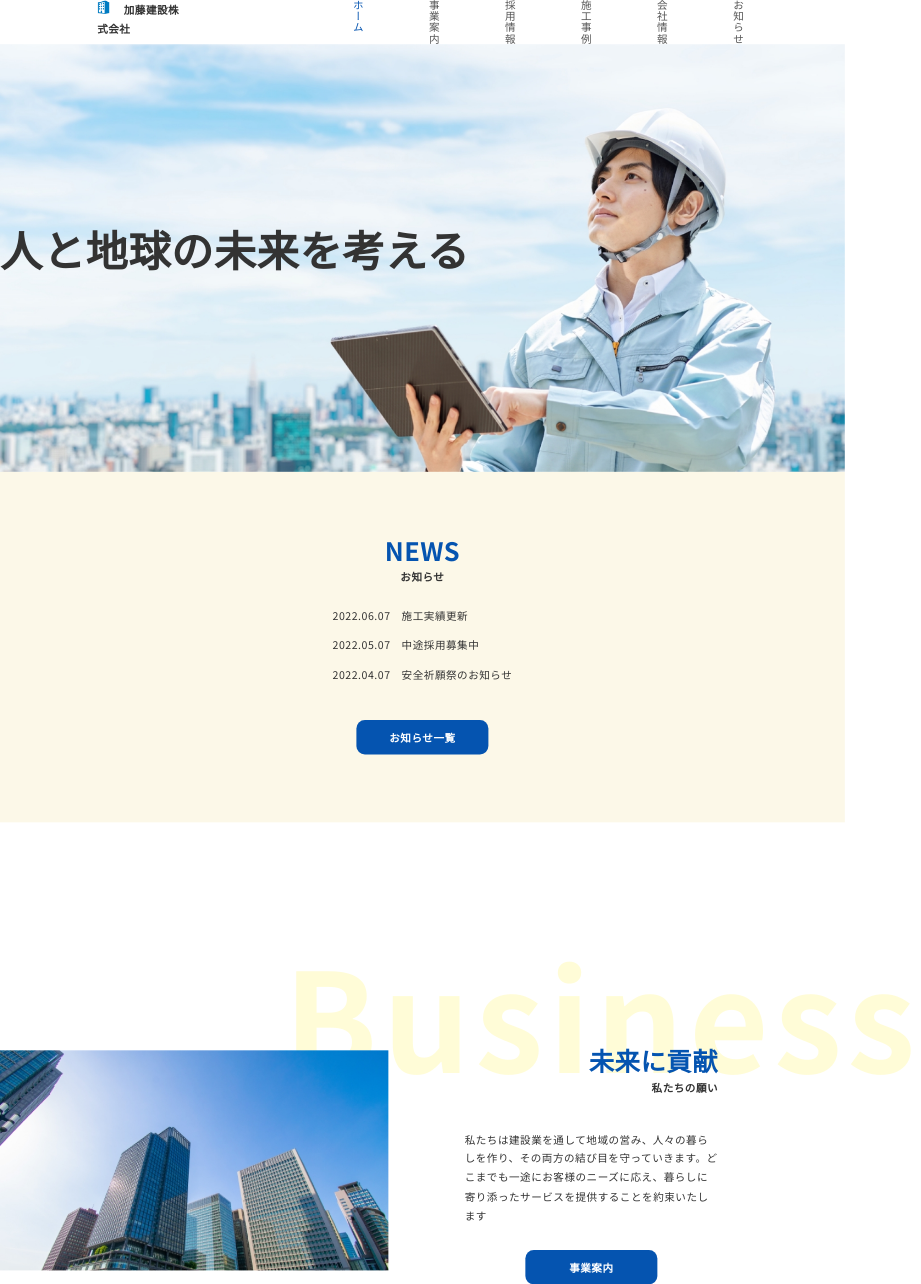
Repository: nozomi-23/hp1_test
Page: index.html
The author's editor kept a copy of each file at every save. The page is drawn from the files as they stood at one save, then again after a run of saves.
The browser window is 1280 px wide. The page is 1395 px wide, so the pictures cover 1395 px, including what lies to the right of the window. The pictures show the whole page, at 66% of full size.

Above is the page before, as saved 2022-06-12 15:04:02.

### index.html
<!DOCTYPE html>
<html lang="ja">
<head>
<meta charset="UTF-8">
<title>加藤建設 株式会社</title>
<meta name="description" content="人と地球の未来を考える 加藤建設 株式会社">
<meta name="keywords" content="建築,土木,インフラ">
<meta name="viewport" content="width=device-width, initial-scale=1.0">
<meta property="og:title" content="建築依頼なら「加藤建設 株式会社」">
<meta property="og:type" content="article">
<meta property="og:url" content="https://withcode-plus.tech">
<meta property="og:image" content="img/logo.png">
<meta property="og:description" content="確かな技術力が自慢、インフラから地域貢献まで加藤建設にお任せ下さい">
<meta property="og:site_name" content="加藤建設 株式会社">
<link rel="icon" href="img/favicon.ico">
<link rel="apple-touch-icon" sizes="180x180" href="img/logo.png">
<link rel="preconnect" href="https://fonts.googleapis.com">
<link rel="preconnect" href="https://fonts.gstatic.com" crossorigin>
<link href="https://fonts.googleapis.com/css2?family=Noto+Sans+JP:wght@400;500;700&family=Noto+Serif+JP&display=swap"
  rel="stylesheet">
<link rel="stylesheet" type="text/css" href="css/reset.css">
<link rel="stylesheet" type="text/css" href="css/common1.css">
<link rel="stylesheet" type="text/css" href="css/index.css">
</head>
<body>
  <!-- =========header -->
  <header>
    <div class="header_wrapper">
      <div class="header_inner">
        <h1 class="header_left">加藤建設株式会社</h1>
        <nav class="header_right" >
          <ul class="header_list">
            <li><a href="#" class="color">ホーム</a></li>
            <li><a href="html/business.html">事業案内</a></li>
            <li><a href="html/recruit.html">採用情報</a></li>
            <li><a href="html/work.html">施工事例</a></li>
            <li><a href="html/company.html">会社情報</a></li>
            <li><a href="html/news.html">お知らせ</a></li>
          </ul>
        </nav>
      </div>
    </div>
  </header>
  <!-- =========main_view -->
  <main>
    <section class="main_wrapper">
      <div class="main_txt">
        <h3>人と地球の未来を考える</h3>
      </div>
    </section>
    <!-- =========news -->
    <section class="news section section_color">
      <div class="news_wrapper">
        <h2 class="title">NEWS<br>
          <small>お知らせ</small></h2>
        <ul class="news_list">
          <li>2022.06.07&emsp;施工実績更新</li>
          <li>2022.05.07&emsp;中途採用募集中</li>
          <li>2022.04.07&emsp;安全祈願祭のお知らせ</li>
        </ul>
        <div class="btn">
          <a href="html/news.html">お知らせ一覧</a>
        </div>
      </div>
    </section>
    <!-- =========business -->
    <section class="business section">
      <div class="business_wrapper">
        <div class="business_all">
          <div class="business_bg_wrapper">
            <div class="business_bg">
              <div class="business_bg_item">
                <p>Business</p>
              </div>
            </div>
          </div>
          <div class="business_block_wrapper">
            <div class="business_block_1">
              <img src="img/bussines_top.png" alt="事業案内画像">
            </div>
            <div class="business_block_2">
              <h2 class="title">未来に貢献<br>
                <small>私たちの願い</small>
              </h2>
              <p>私たちは建設業を通して地域の営み、人々の暮らしを作り、その両方の結び目を守っていきます。どこまでも一途にお客様のニーズに応え、暮らしに寄り添ったサービスを提供することを約束いたします</p>
              <div class="btn">
                <a href="html/business.html">事業案内</a>
              </div>
            </div>
          </div>
        </div>

      </div>
    </section>
  </main>
</body>
</html>

### css/reset.css
@charset "UTF-8";

html,
body,
div,
span,
object,
iframe,
h1,
h2,
h3,
h4,
h5,
h6,
p,
blockquote,
pre,
abbr,
address,
cite,
code,
del,
dfn,
em,
img,
ins,
kbd,
q,
samp,
small,
strong,
sub,
sup,
var,
b,
i,
dl,
dt,
dd,
ol,
ul,
li,
fieldset,
form,
label,
legend,
table,
caption,
tbody,
tfoot,
thead,
tr,
th,
td,
article,
aside,
canvas,
details,
figcaption,
figure,
footer,
header,
hgroup,
menu,
nav,
section,
summary,
time,
mark,
audio,
video {
  margin: 0;
  padding: 0;
  border: 0;
  outline: 0;
  font-size: 100%;
  vertical-align: baseline;
  background: transparent;
}

body {
  line-height: 1;
}

article,
aside,
details,
figcaption,
figure,
footer,
header,
hgroup,
menu,
nav,
section {
  display: block;
}

nav ul {
  list-style: none;
}

blockquote,
q {
  quotes: none;
}

blockquote:before,
blockquote:after,
q:before,
q:after {
  content: '';
  content: none;
}

a {
  margin: 0;
  padding: 0;
  font-size: 100%;
  vertical-align: baseline;
  background: transparent;
}

/* change colours to suit your needs */
ins {
  background-color: #ff9;
  color: #000;
  text-decoration: none;
}

/* change colours to suit your needs */
mark {
  background-color: #ff9;
  color: #000;
  font-style: italic;
  font-weight: bold;
}

del {
  text-decoration: line-through;
}

abbr[title],
dfn[title] {
  border-bottom: 1px dotted;
  cursor: help;
}

table {
  border-collapse: collapse;
  border-spacing: 0;
}

/* change border colour to suit your needs */
hr {
  display: block;
  height: 1px;
  border: 0;
  border-top: 1px solid #cccccc;
  margin: 1em 0;
  padding: 0;
}

input,
select {
  vertical-align: middle;
}

### css/common1.css
@charset "UTF-8";

body {
  color: #333;
  letter-spacing: 0.05em;
  line-height: 1.8;
  font-family: 'Noto Sans JP', sans-serif ,'Noto Serif JP', serif;
  word-break: break-all;
}
li {
  list-style: none;
}

a {
  text-decoration: none;
}
.section {
  padding: 8% 0;
  position: relative;
}


/* タイトル */
.title {
  color: #0554B0;
  font-weight: bold;
  font-size: 2.4rem;
  line-height: 0.8;
}
.title small {
  font-size: 1rem;
  color: #333;
}
/* ボタン */
.btn {
  background-color: #0554B0;
  width: 200px;
  margin: 0 auto;
  line-height: 2;
  border-radius: 0.8rem;
}
.btn a {
  display: block;
  color: #fff;
  font-weight: bold;
  padding: 5%;
  text-align: center;
}
.btn:hover {
  opacity: 0.5;
}

### css/index.css
@charset "UTF-8";

/* =================
header
===================*/
.header_wrapper {
  display: flex;
  justify-content: center;
}
.header_inner {
  width: 77%;
  display: flex;
  justify-content: space-between;

}
.header_list {
  display: table;
}
.header_list li {
  display: table-cell;
  writing-mode: vertical-rl;
}
.header_list li a {
  color: #555;
}
.header_list li a:hover {
  opacity: 0.5;
}
.header_list li a.color {
  color: #0554B0;
}

.header_left::before {
  content: "";
  background: url(../img/name_icon.png) no-repeat ;
  background-size: contain;
  width: 30%;
  height: 30%;
  z-index: 1;
  display: inline-block;
}

/* =================
main_view
===================*/
.main_wrapper {
  background: url(../img/top_img.png)no-repeat center;
  background-size: cover;
  width: 100%;
  height: 90vh;
}
.main_txt {
  font-size: 4rem;
  font-weight: normal;
  font-family: 'Noto Serif JP';
  position: relative;
  top: 40%;
}
/* =================
news
===================*/
.section_color {
  background-color: #FCF8E8;
}
.news {
  text-align: center;
  display: block;
}

.news_list {
  padding: 3%;
  text-align: left;
  display: inline-block;

}
.news_list li {
  margin-bottom: 1rem;
}
/* =================
business
===================*/
.business_all {
  position: relative;
}
.business_block_wrapper {
  width: 100%;
  height: auto;
  display: flex;
  justify-content: space-between;
  position: absolute;
  top: 65%;
}


.business_block_1 {
  width: 46%;
}
.business_block_1 img{
  width: 100%;
  height: auto;
}
.business_block_2 {
  width: 30%;
  margin-right: 15%;;
}
.business_block_2 h2 {
  text-align: right;
}
.business_block_2 p {
  padding: 15% 0 10% 0;
}
.business_bg {
  width: 80%;
}
.business_bg_wrapper {
  width: 83%;
  margin-left: auto;
}
.business_bg_item {
  width: 100%;
  /* background-color: aqua; */
}
.business_bg {
  margin-left: auto;
}
.business_bg_item p {
  color: rgba(255, 245, 109, 0.27);
  font-size: 13rem;
  font-weight: 700;
  white-space: nowrap;
  letter-spacing: 0.5rem;
  }

After the next 2 saves:
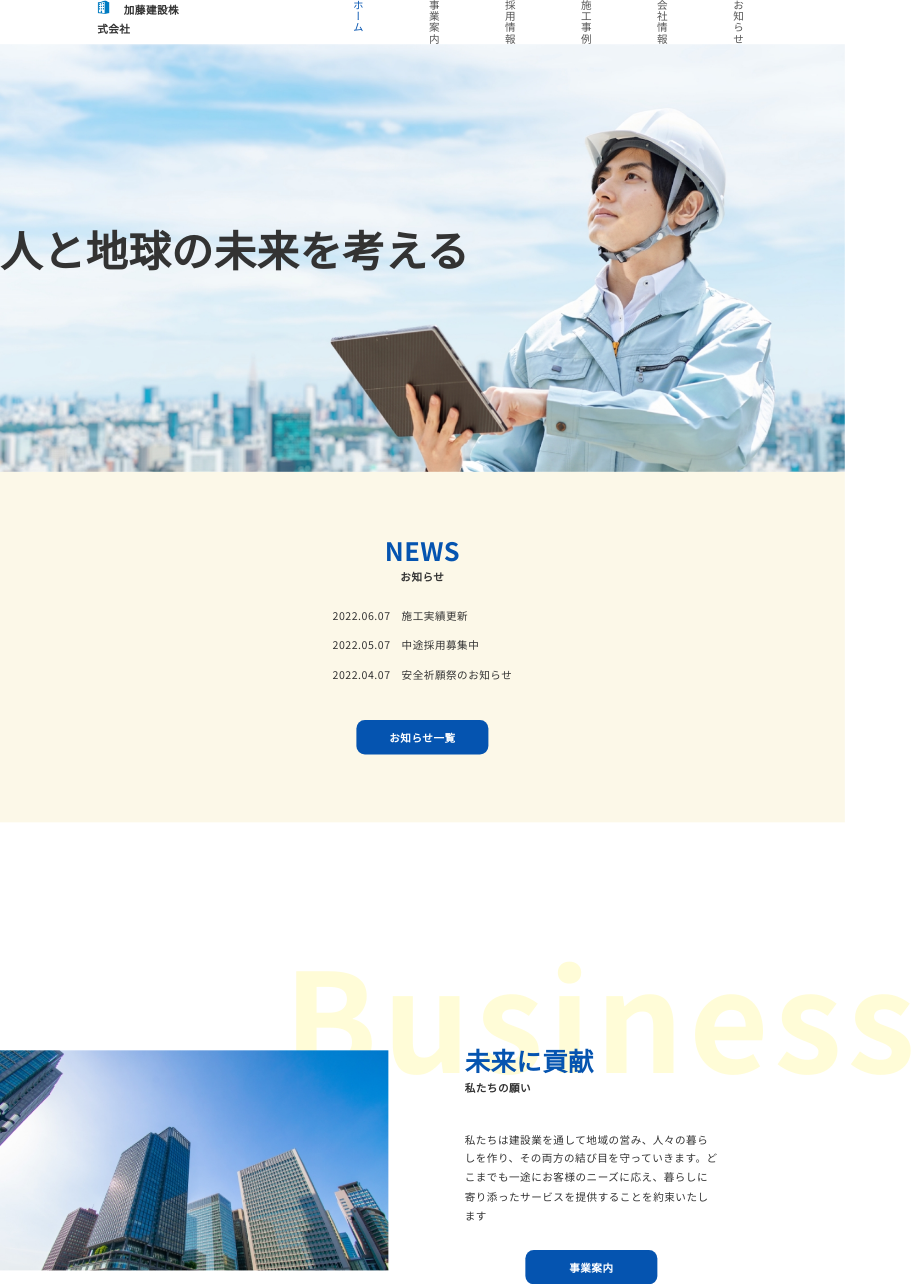
The 2 saves are shown as one change because they came seconds apart.
The last was saved 24 s later.
--- a/css/index.css
+++ b/css/index.css
@@ -103,7 +103,7 @@ business
   width: 30%;
   margin-right: 15%;;
 }
-.business_block_2 h2 {
+.business_block_2 h2 btn {
   text-align: right;
 }
 .business_block_2 p {

After the save that followed:
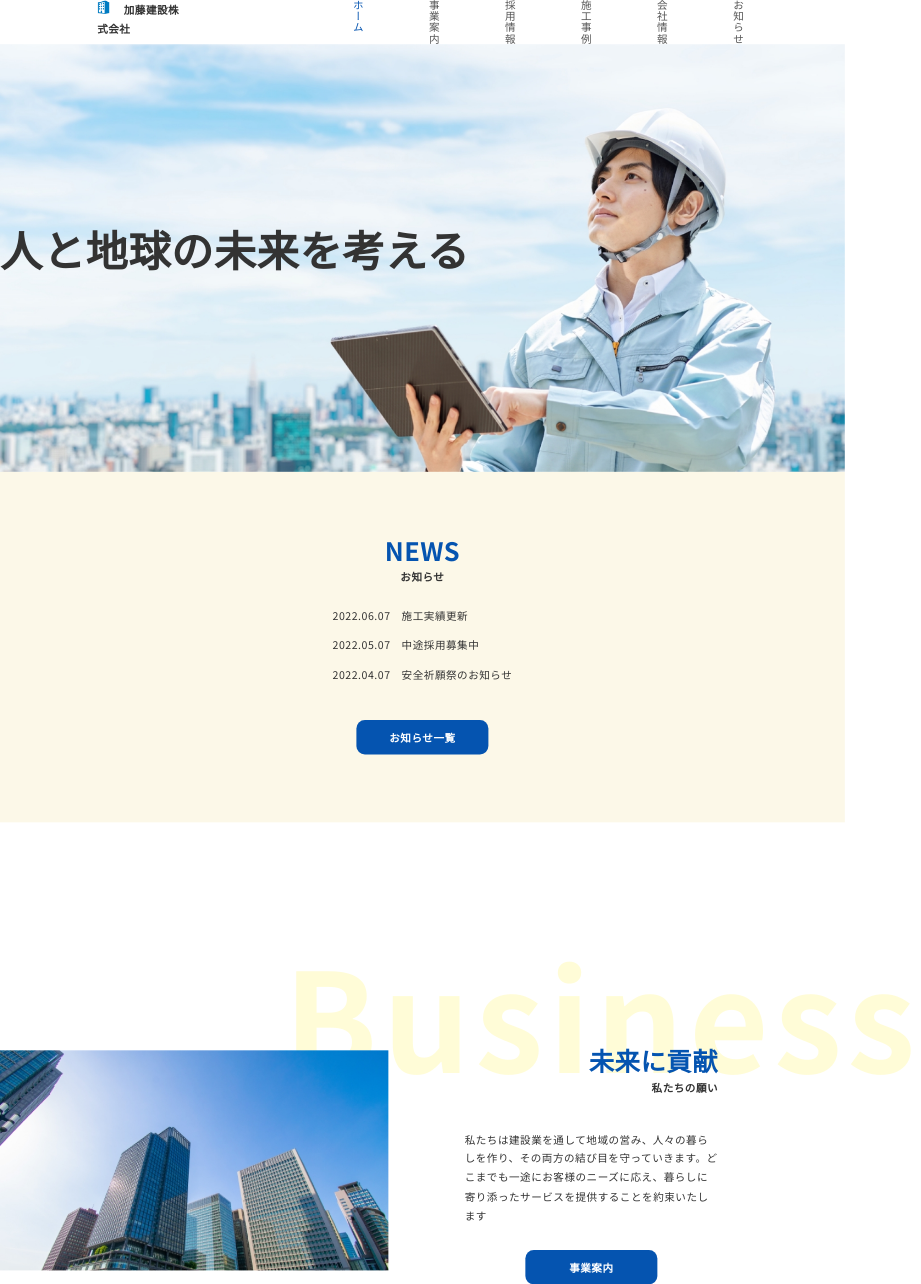
Saved 11 s later.
--- a/css/index.css
+++ b/css/index.css
@@ -103,7 +103,7 @@ business
   width: 30%;
   margin-right: 15%;;
 }
-.business_block_2 h2 btn {
+.business_block_2 h2, btn {
   text-align: right;
 }
 .business_block_2 p {
